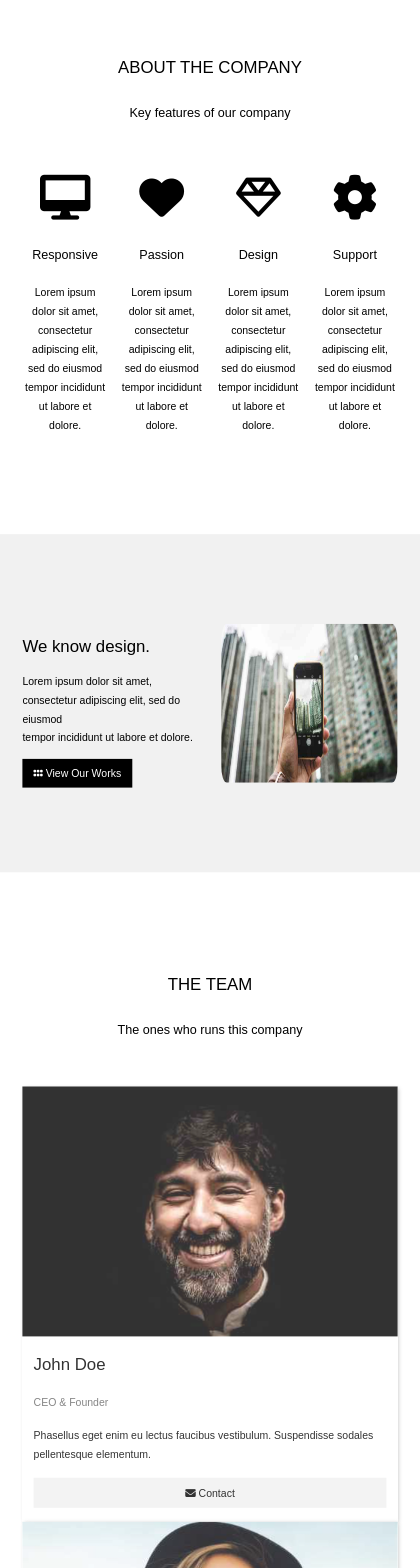
Repository: husterDC/Test
Page: index.html
An editor plug-in stored every save of this project. The page is shown before and after the next save, followed by the edit.
The browser window is 600 px wide. The pictures show the part of the page from y = 1033 to 3273 px (the page is 9116 px tall before and 7741 px after), at 70% of full size.

Above is the page before, as saved 2022-10-28 10:59:49.

After the next save:
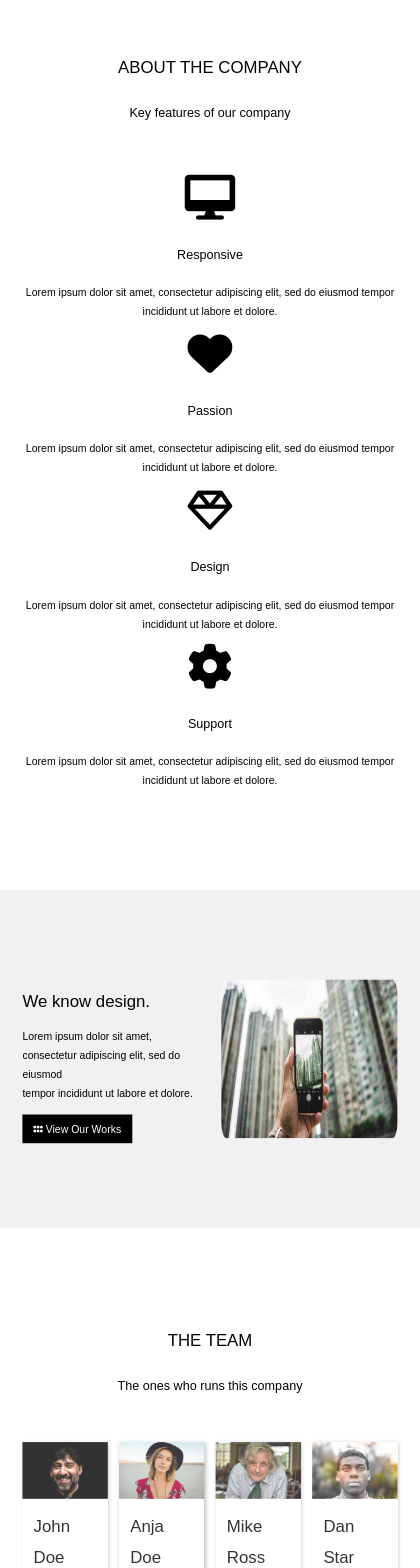
Saved 7 min 3 s later.
--- a/assets/responsive.css
+++ b/assets/responsive.css
@@ -21,7 +21,10 @@
     .header_nav-menu-mobile {
         display: inline-block;
     }
-
+    .container_about-member,
+    .container_work-member,
+    .container_pricing-member,
+    .container_contact-member
     .container_team-member {
         flex-wrap: wrap;
     }
@@ -29,4 +32,5 @@
     .container_team-item {
         width: 100%;
     }
+
 }
